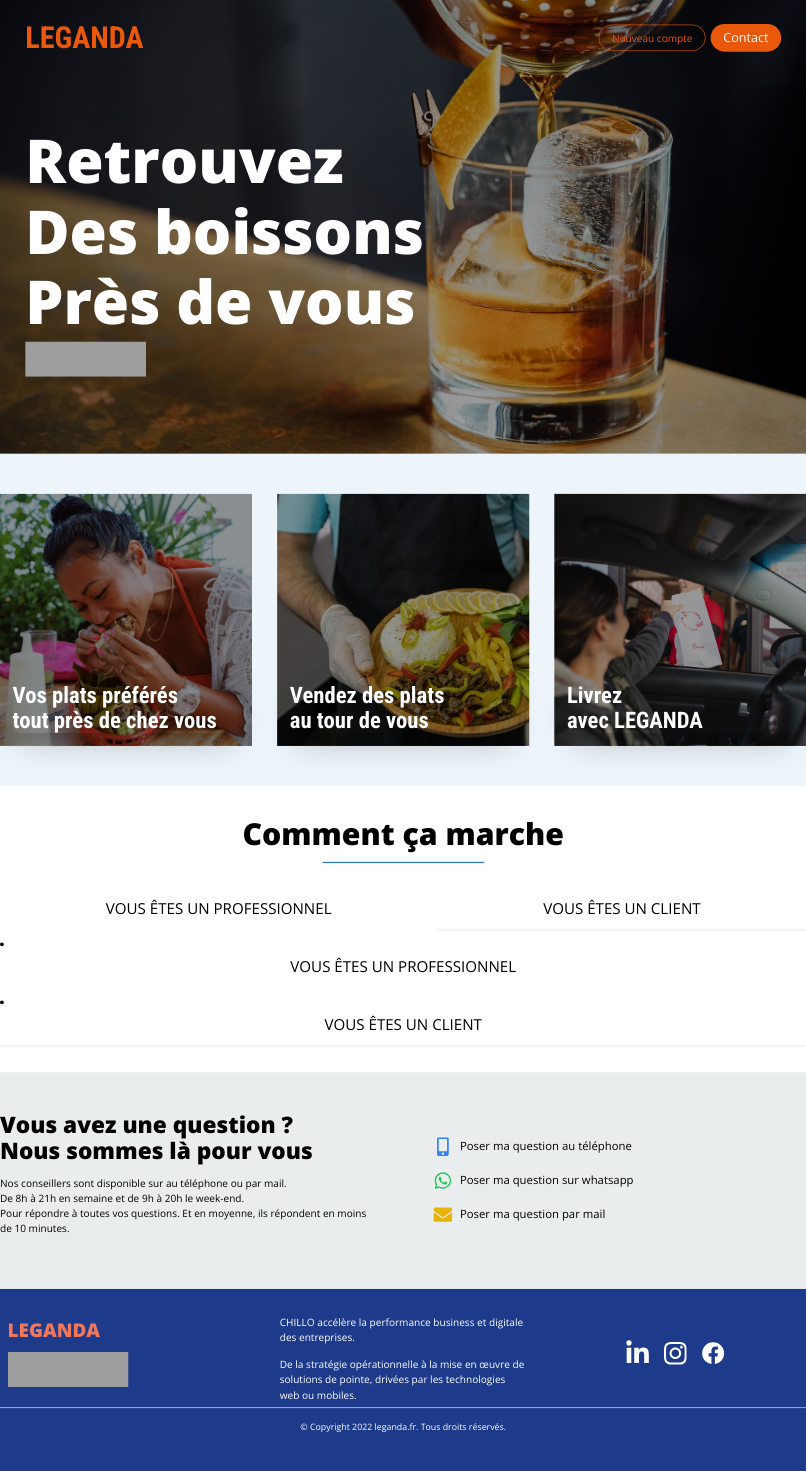
Repository: chillo-tech/website-leganda
Page: /
These files come from the project's save history. The page is drawn as it stood at one moment and after the next save; the edit follows.
The browser window is 1280 px wide. The pictures show the whole page, at 63% of full size.
Pictures or frames that could not be fetched are drawn as grey boxes. The project was rebuilt for these pictures with package versions that can differ from the ones it lists, and the page was loaded fresh each time. Some packages were replaced by stand-ins written for this rebuild. The framework's server and built-in components were replaced by stand-ins that run in the browser. Also part of the build but not shown: next.config.js, components/header/items/SearchBar.tsx.

Above is the page before, as saved 2023-02-09 14:11:02.

After the next save:
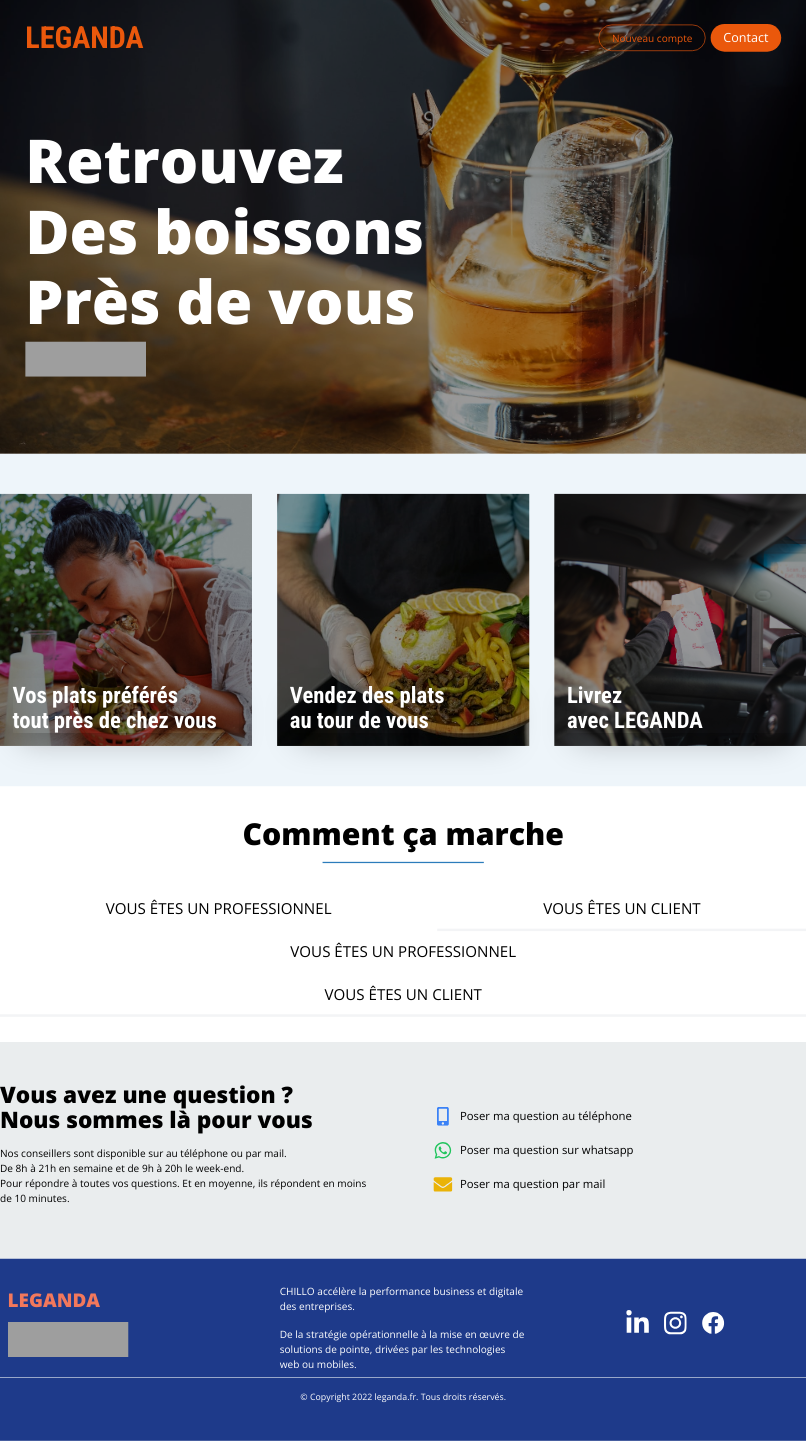
Saved 7 min 29 s later.
--- a/components/tabs/index.tsx
+++ b/components/tabs/index.tsx
@@ -24,7 +24,7 @@
         ))}
       </ul>
       {items.map((item: any, index: number) => (
-          <li key={`tab-${index}`} className={
+          <section key={`tab-${index}`} className={
               classNames(
                 'grow border-b-4 py-2',
                 { 'bg-white border-white': activeTab === `tab-${index}` },
@@ -32,7 +32,7 @@
                 )
               }>
             <button id={`tab-${index}`} type='button' className='uppercase w-full py-2 text-2xl' onClick={handleClick}>{item.label}</button>
-          </li>
+          </section>
         ))}
     </section>
   )
